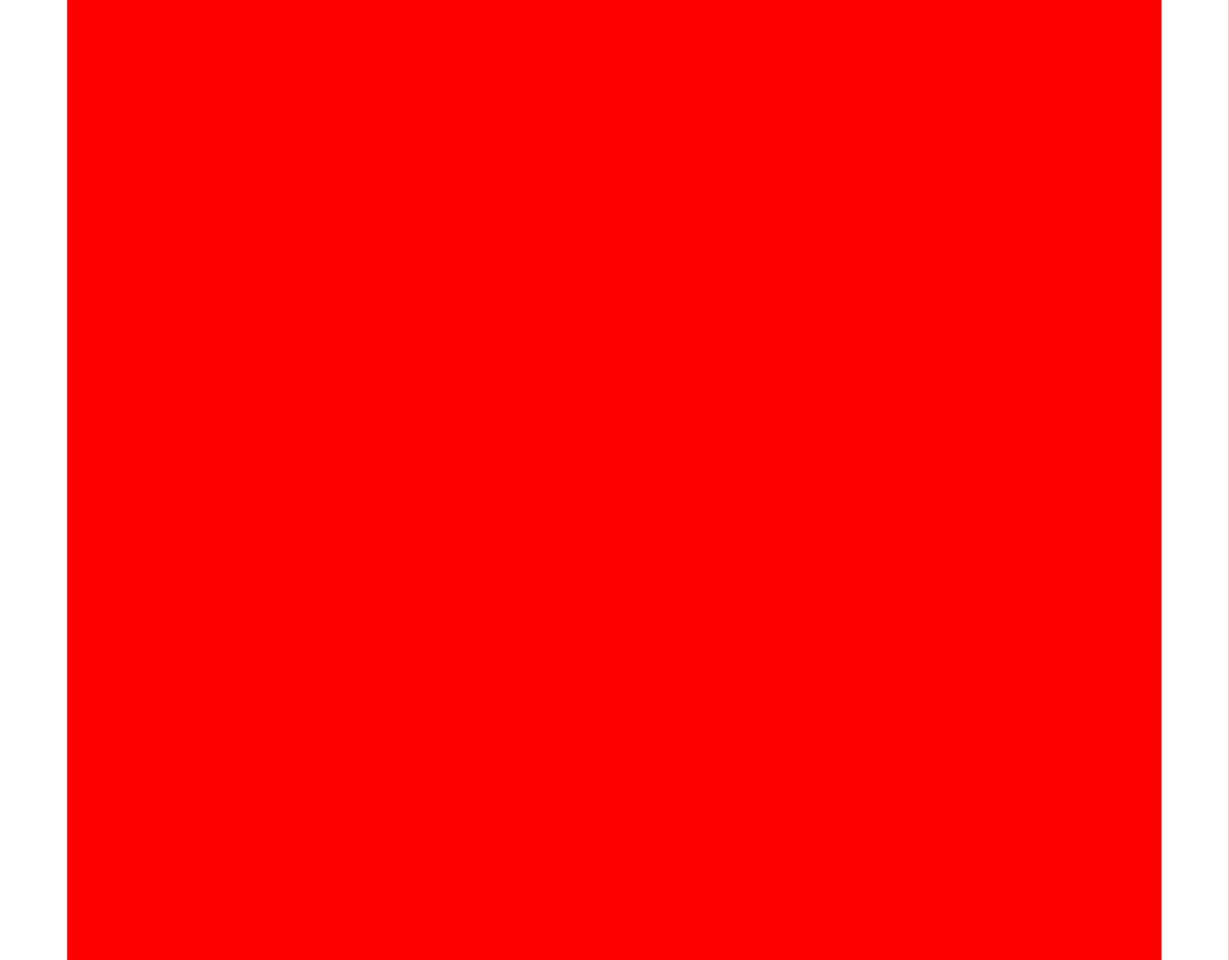
Repository: huyennvo/CSS
Page: CV/index.html
An editor plug-in stored every save of this project. The page is shown before and after the next save, followed by the edit.
The browser window is 1280 px wide. The pictures show the whole page, at 96% of full size.

Above is the page before, as saved 2022-07-18 14:29:48.

After the next save:
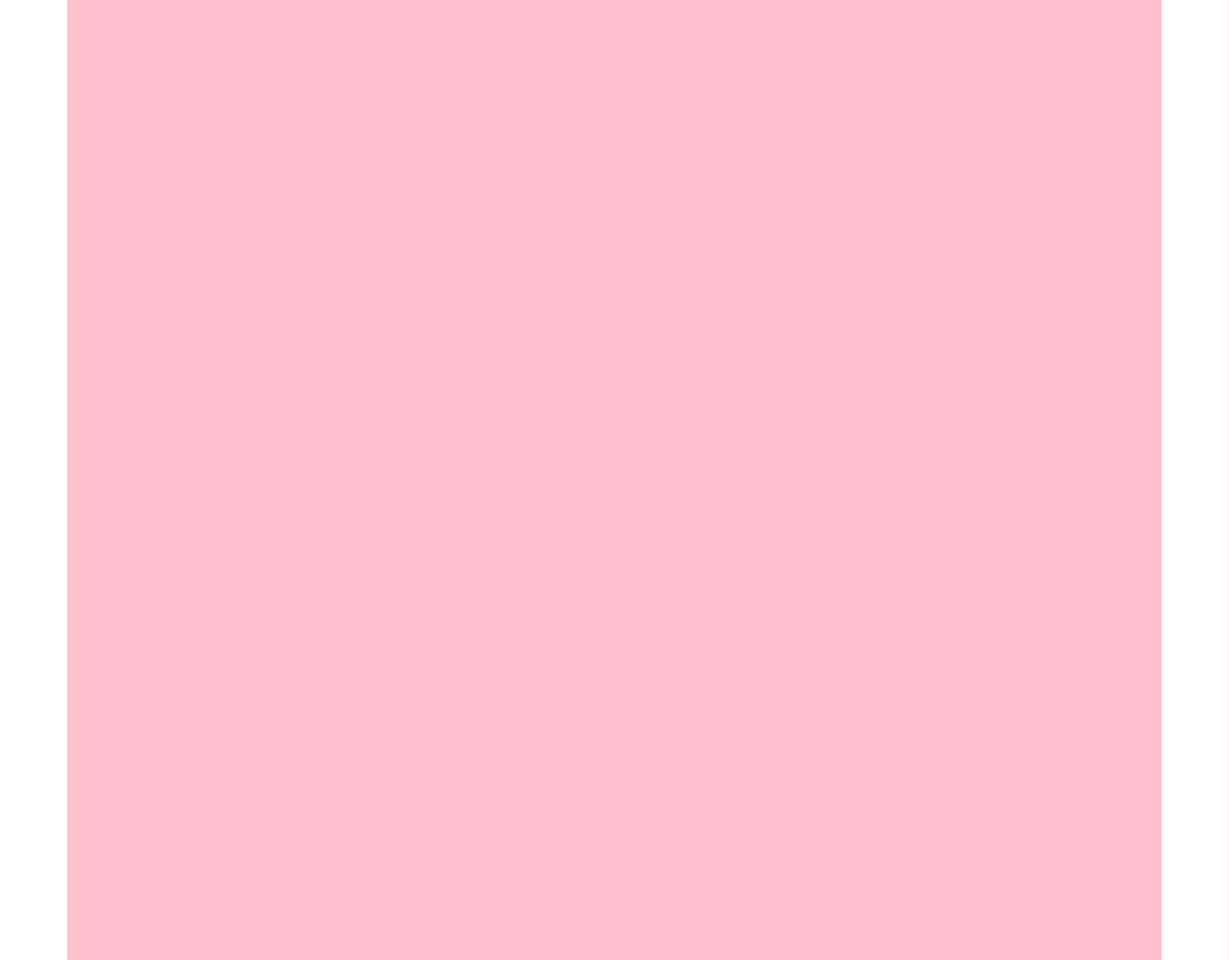
Saved 22 s later.
--- a/CV/style.css
+++ b/CV/style.css
@@ -6,7 +6,7 @@
 .container {
     width: 500px;
     height: 1000px;
-    background-color: red;
+    background-color: pink;
 }
 
 .left {
